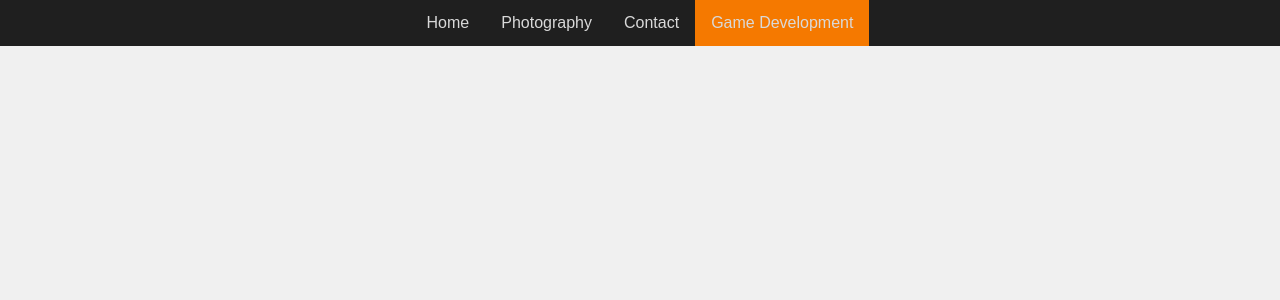
Repository: Argivist/ArgPortfolio
Page: blender/index.html
These files come from the project's save history. The page is drawn as it stood at one moment and after the next save; the edit follows.
The browser window is 1280 px wide. The pictures show the whole page.

Above is the page before, as saved 2025-03-28 16:08:55.

### blender/index.html
<!DOCTYPE html>
<html lang="en">

<head>
    <meta charset="UTF-8">
    <meta name="viewport" content="width=device-width, initial-scale=1.0">
    <link rel="stylesheet" href="../css/styles.css">
    <link rel="stylesheet" href="../css/nav.css">
    <link rel="stylesheet" href="../css/blender.css">


    <title>Hutton Amison-Addy</title>

    <style>
        body{
            background-color: #f0f0f0;
            font-family: 'Arial', sans-serif;
        }
    </style>
</head>

<body>
    <nav>
        <ul>
            <li class="nav-content"><a href="../../index.html">Home</a></li>
            <li class="nav-content"><a href="https://www.instagram.com/theworldinoneseye/">Photography</a></li>

            <li class="dropdown nav-content">
                <a href="contact.html">Contact</a>
                <ul class="dropdown-content">
                    <li><a href="https://www.linkedin.com/in/hutton-amison-addy-7b1b3b1b1/">LinkedIn</a></li>
                    <li><a href="https://www.github.com/Argivist">GitHub</a></li>
                    <li><a href="mailto:hutton.amison@ashesi.edu.gh">hutton.amison@ashesi.edu.gh</a></li>
                    <li><a href="mailto:huttonaaddy.public@gmail.com">huttonaaddy.public@gmail.com</a></li>
                </ul>
            </li>

            <li class="dropdown nav-content active">
                <a href="#">Game Development</a>
                <ul class="dropdown-content">
                    <li><a href="../game/index.html">Game Development Projects</a></li>
                    <li class=" "><a href="">Blender</a></li>
                </ul>
            </li>
        </ul>
    </nav>
    <div class="padding">
    </div>
        <div class="overlay">

        </div>



</body>

</html>

### css/styles.css
body{
    height: 100%;
    margin: 0;
    padding: 0;
}

### css/nav.css
/* 1. Define default variables in :root */


/* NAV Content and Dropdown */
.nav-content {
    position: relative;
    display: inline-block;
}

.dropdown {
    position: relative; /* For proper absolute positioning of its child */
    display: inline-block;
}

.dropdown:hover .dropdown-content {
    display: block;
}

.dropdown-content {
    display: none;
    position: absolute; /* This makes it overlay other elements without affecting layout */
    background-color: var(--dropdown-bg);
    min-width: 160px;
    box-shadow: 0px 8px 16px 0px rgba(0,0,0,0.2);
    z-index: 1;
}

/* Nav Stylisation */
nav {
    background-color: var(--nav-bg);
    position: fixed;
    top: 0;
    left: 0;
    width: 100vw;
    z-index: 100;
    display: flex;
    justify-content: center;  /* Centers the nav content horizontally */
    align-items: center;      /* Vertically centers items */
    margin: 0;
}

/* Reserve space for the fixed navbar */
.padding {
    height: 35px;  /* Adjust this value to match your navbar's height */
    top: 0;
    left: 0;
    width: 100%;
    bottom: 0;
}

/* Nav List Styles */
nav ul {
    list-style-type: none;
    margin: 0;
    padding: 0;
    display: flex;
}

nav ul li {
    display: inline-block;
    margin: 0;
    text-align: center;
    /* If you want each <li> to match nav’s background: */
    background-color: var(--nav-bg);
}

/* Nav Links */
nav ul li a {
    display: block;
    color: var(--nav-link-color);
    text-align: center;
    padding: 14px 16px;
    text-decoration: none;
}

nav ul li a:hover {
    background-color: var(--nav-link-hover-bg);
}

/* Optional: Ensure dropdown list items take full width */
.dropdown ul li {
    width: 100%;
}

/* Active link styling */
.active {
    background-color: var(--active-bg);
    color: var(--nav-link-color);
}

### css/blender.css
:root {
    --nav-bg: #1f1f1f;           /* Blender's dark gray background */
    --nav-link-color: #d9d9d9;   /* Light gray text for contrast */
    --nav-link-hover-bg: #3d3d3d; /* Slightly lighter gray on hover */
    --dropdown-bg: #2c2c2c;      /* Dark dropdown background */
    --active-bg: #f57900;        /* Blender's signature orange */
    --border-color: #555;        /* Subtle border color */
}

After the next save:
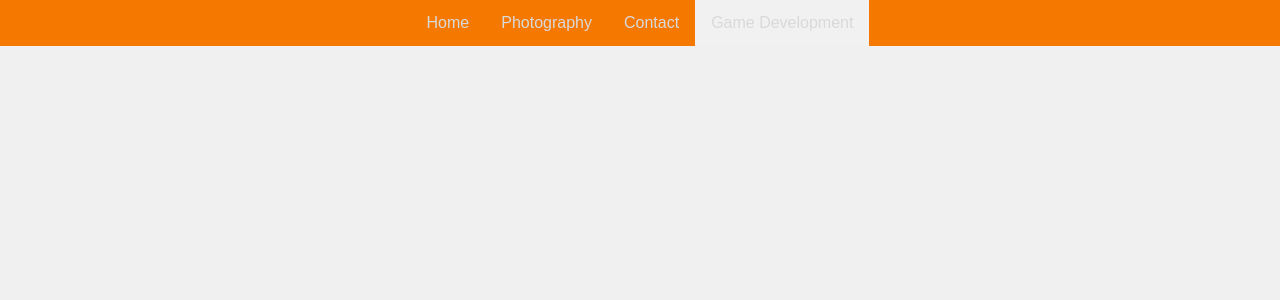
Saved 35 s later.
--- a/css/blender.css
+++ b/css/blender.css
@@ -1,8 +1,8 @@
 :root {
-    --nav-bg: #1f1f1f;           /* Blender's dark gray background */
+    --nav-bg: #f57900;           /* Blender's dark gray background */
     --nav-link-color: #d9d9d9;   /* Light gray text for contrast */
     --nav-link-hover-bg: #3d3d3d; /* Slightly lighter gray on hover */
     --dropdown-bg: #2c2c2c;      /* Dark dropdown background */
-    --active-bg: #f57900;        /* Blender's signature orange */
+    --active-bg: #f1f1f1;        /* Blender's signature orange */
     --border-color: #555;        /* Subtle border color */
 }
